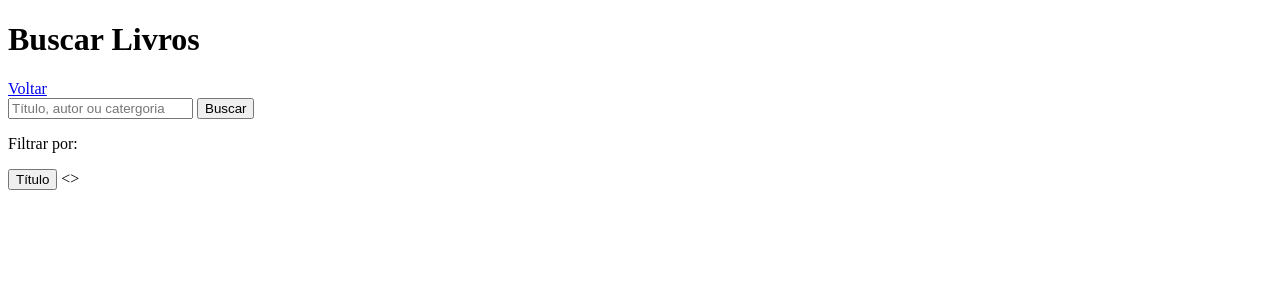
Repository: melloeduarda/html
Page: buscar.html
The author's editor kept a copy of each file at every save. The page is drawn from the files as they stood at one save, then again after a run of saves.
The browser window is 1280 px wide. The pictures show the whole page.

Above is the page before, as saved 2026-10-28 16:02:28.

After the next 3 saves:
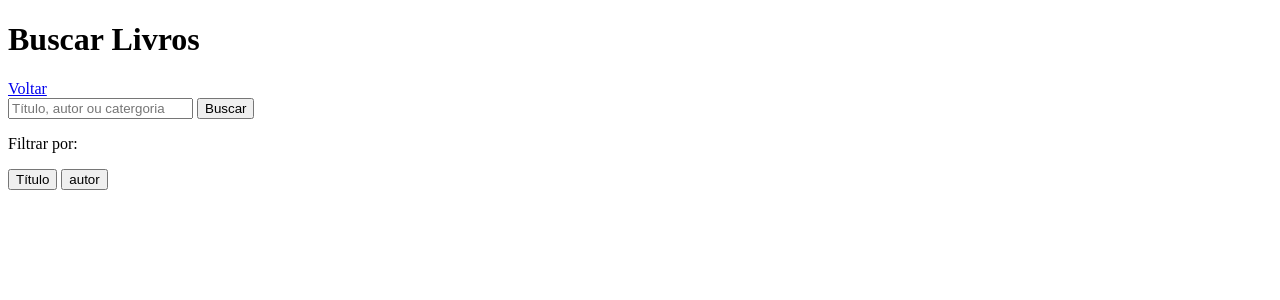
The 3 saves are shown as one change because they came seconds apart.
The last was saved 13 s later.
--- a/buscar.html
+++ b/buscar.html
@@ -18,6 +18,6 @@
 
             <p>Filtrar por:</p>
             <button>Título</button>
-            <>
+            <button>autor
 </body>
 </html>
